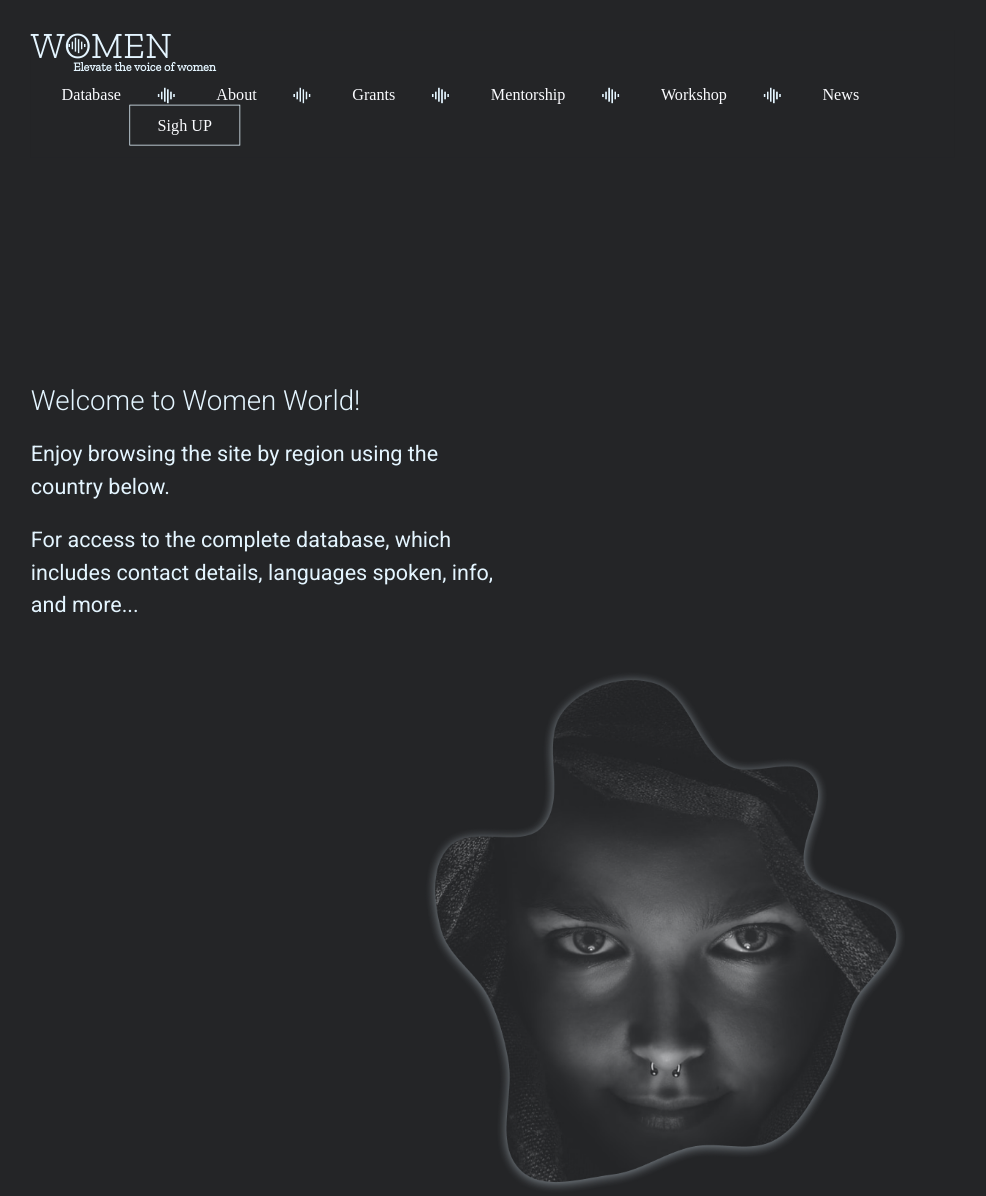
Repository: AndreyMykulych/user_home_work_Mykulych
Page: 5/index.html
An editor plug-in stored every save of this project. The page is shown before and after the next save, followed by the edit.
The browser window is 1280 px wide. The pictures show the whole page, at 77% of full size.

Above is the page before, as saved 2023-03-04 20:58:11.

### 5/index.html
<!DOCTYPE html>
<html lang="en">
<head>
    <meta charset="UTF-8">
    <meta http-equiv="X-UA-Compatible" content="IE=edge">
    <meta name="viewport" content="width=device-width, initial-scale=1.0">
    <title>Document</title>
    <link rel="stylesheet" href="style/normalize.css">
    <link rel="stylesheet" href="style/index.css">
    <link rel="preconnect" href="https://fonts.googleapis.com">
<link rel="preconnect" href="https://fonts.gstatic.com" crossorigin>
<link href="https://fonts.googleapis.com/css2?family=Roboto&family=Zilla+Slab:wght@300&display=swap" rel="stylesheet">
<link rel="preconnect" href="https://fonts.googleapis.com">
<link rel="preconnect" href="https://fonts.gstatic.com" crossorigin>
<link href="https://fonts.googleapis.com/css2?family=Roboto&family=Zilla+Slab:wght@300&display=swap" rel="stylesheet">
<link rel="preconnect" href="https://fonts.googleapis.com">
<link rel="preconnect" href="https://fonts.gstatic.com" crossorigin>
<link href="https://fonts.googleapis.com/css2?family=Roboto&family=Zilla+Slab:wght@300&display=swap" rel="stylesheet">
<link rel="preconnect" href="https://fonts.googleapis.com">
<link rel="preconnect" href="https://fonts.gstatic.com" crossorigin>
<link href="https://fonts.googleapis.com/css2?family=Roboto:wght@300;400&family=Zilla+Slab:wght@300&display=swap" rel="stylesheet">
</head>
<body>

    <div class="header clearfix">
        <div class="logo clearfix">
            WOMEN
            <p>Elevate the voice of women</p>
        </div>
        <div class="menu clearfix">
            <ul>
                <li>
                    <a href="#">Database</a>
                </li>
                <li>
                    <a href="#">About</a>
                </li>
                <li>
                    <a href="#">Grants</a>
                </li>
                <li>
                    <a href="#">Mentorship</a>
                </li>
                <li>
                    <a href="#">Workshop</a>
                </li>
                <li>
                    <a href="#">News</a>
                </li>
                <li>
                    <a class="header_button" type="button" href="#">Sigh UP</a>
                </li>
            </ul>
        </div>
    </div>

<div class="middle_content">
    <div class="text_block">
    <h1>Welcome to Women World! </h1>
        <p>Enjoy browsing the site by region using the country below.</p>

        <p>For access to the complete database, which includes contact details, languages spoken, info, and more...</p></div>
        <img src="img/background_right.png" alt="">

    </div>
</body>
</html>

### 5/style/index.css
*{
    box-sizing: border-box;
}
.clearfix::after{
    content: "";
    display: table;
    clear: both;
}
body{
    background-color: #242527;

    margin-top: 40px;
    margin-bottom:69px ;
    margin-left: 40px;
    margin-right: 40px;
}

.header{
    width: 100%;
    height: auto;
    margin: 0 auto;
    background-color: #242527;
}
.logo {
    display: inline-block;
    float: left;
    width: 300px;
    font-size: 48px;
    font-weight: bold;
    color: #E4F5FF;
    font-family: 'Roboto', sans-serif;
font-family: 'Zilla Slab', serif;
font-style: normal;
font-weight: 400;
line-height: 37px;
background-image: url("../img/Vector_(2).png");
background-repeat: no-repeat;
background-size: auto;
background-position-x: 49px;
background-position-y: 9px;
margin: 0;
  }
  .logo p{
      width: 200px;
      margin: 0;
      font-family: 'Roboto', sans-serif;
      font-family: 'Zilla Slab', serif;
    font-style: normal;
    font-weight: 700;
    font-size: 16px;
    line-height: 20px;
    color: #E4F5FF;
    margin-left: 55px;
  }
   .menu {
       display: inline-block;
       float: right;

   }
   .menu ul{
       margin-top: 0;
   }
   .menu li{
       display: inline-block;
       margin-right: 50px;
       margin-top: 14px;
   }
  .menu a{
      color: #FBFCFF;
      text-decoration: none;
      font-family: 'Clab';
font-style: normal;
font-weight: 300;
font-size: 21px;
line-height: 25px;
  }
  .menu li:last-child{
      border: 1px solid #E4F5FF;
      width: 144px;
      height: 53px;
      font-family: 'Clab';
font-style: normal;
font-weight: 300;
font-size: 21px;
line-height: 51px;
background-image: none;
margin-right: 0;
text-align:  center;
margin-left: 88px;
margin-top: 0;
padding-right: 0;
font-family: 'Roboto', sans-serif;
font-family: 'Zilla Slab', serif;
  }
  .menu a:visited{
      color:#FBFCFF;
  }
  .menu ul li{
      background-image: url("../img/Vector_(2).png");
      background-repeat: no-repeat;
      background-position:center right ;
      padding-right: 70px;
  }
  .menu li:nth-last-child(2){
    background-image: none;
}
.text_block{
    display: inline-block;
    width: 620px;
    height: auto
    margin-left: 80px;
    float: left;
    margin-top: 270px;
    margin-right: 50px;
    text-align: left;
}
.text_block h1{
    font-family: 'Roboto',sans-serif;
    font-style: normal;
    font-weight: 300;
    font-size: 36px;
    line-height: 42px;
    color: #E4F5FF;
    }
.text_block p{
    font-family: 'Roboto',sans-serif;
    font-style: normal;
    font-weight: 400;
    font-size: 28px;
    line-height: 42px;
    color: #E4F5FF;
}
/* .middle_content h1::after{
    background-image: url("../img/Vector_(2).png");
    background-repeat: no-repeat;
} */
.middle_content img{
    display: inline-block;
    margin-top: 35px;
    float: right;
    width: 630px;
    height: auto;
    margin-right: 60px;
}

Loaded but not shown: 5/style/normalize.css (library)

After the next save:
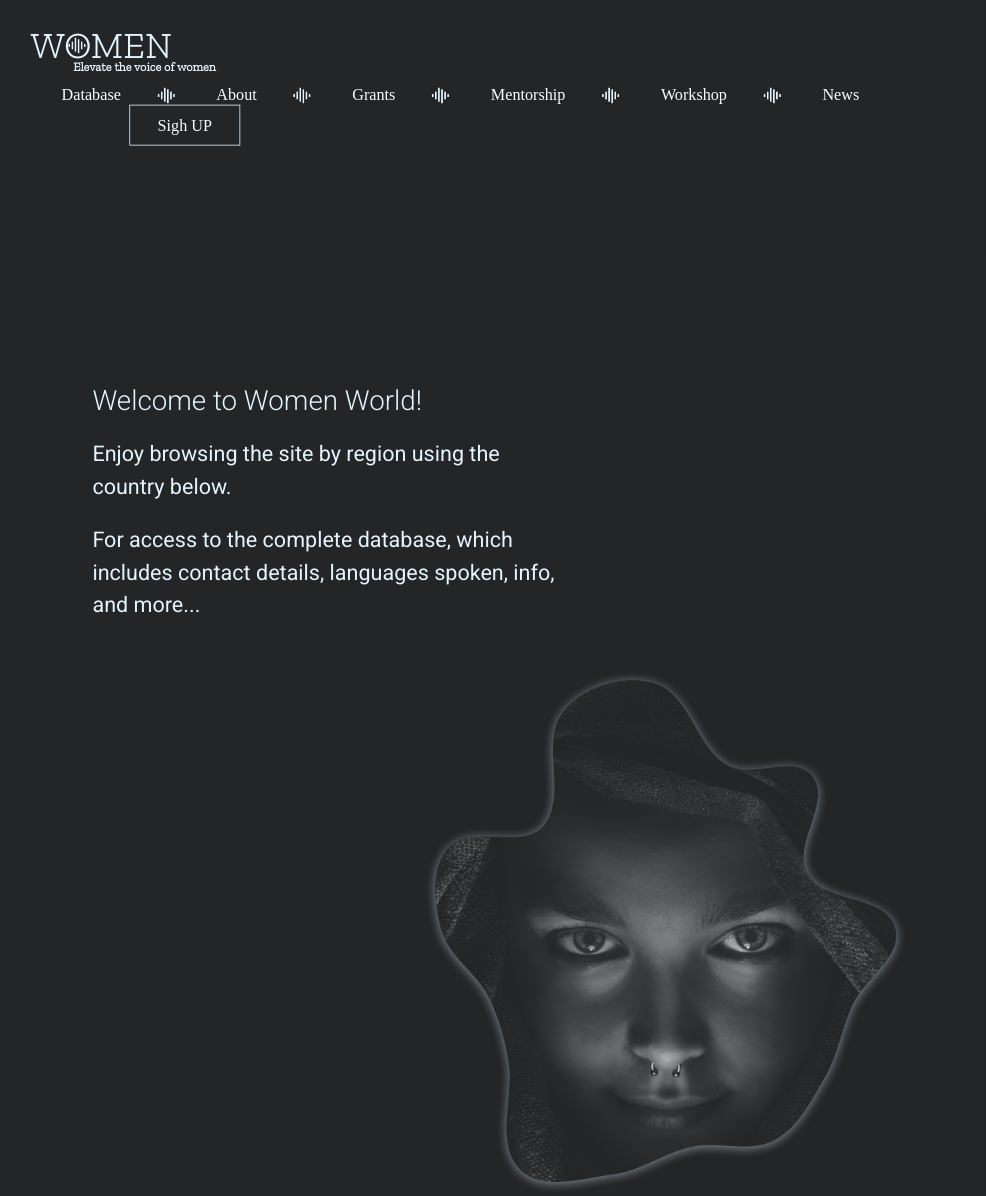
Saved 4 s later.
--- a/5/style/index.css
+++ b/5/style/index.css
@@ -107,7 +107,7 @@ font-family: 'Zilla Slab', serif;
 .text_block{
     display: inline-block;
     width: 620px;
-    height: auto
+    height: auto;
     margin-left: 80px;
     float: left;
     margin-top: 270px;
